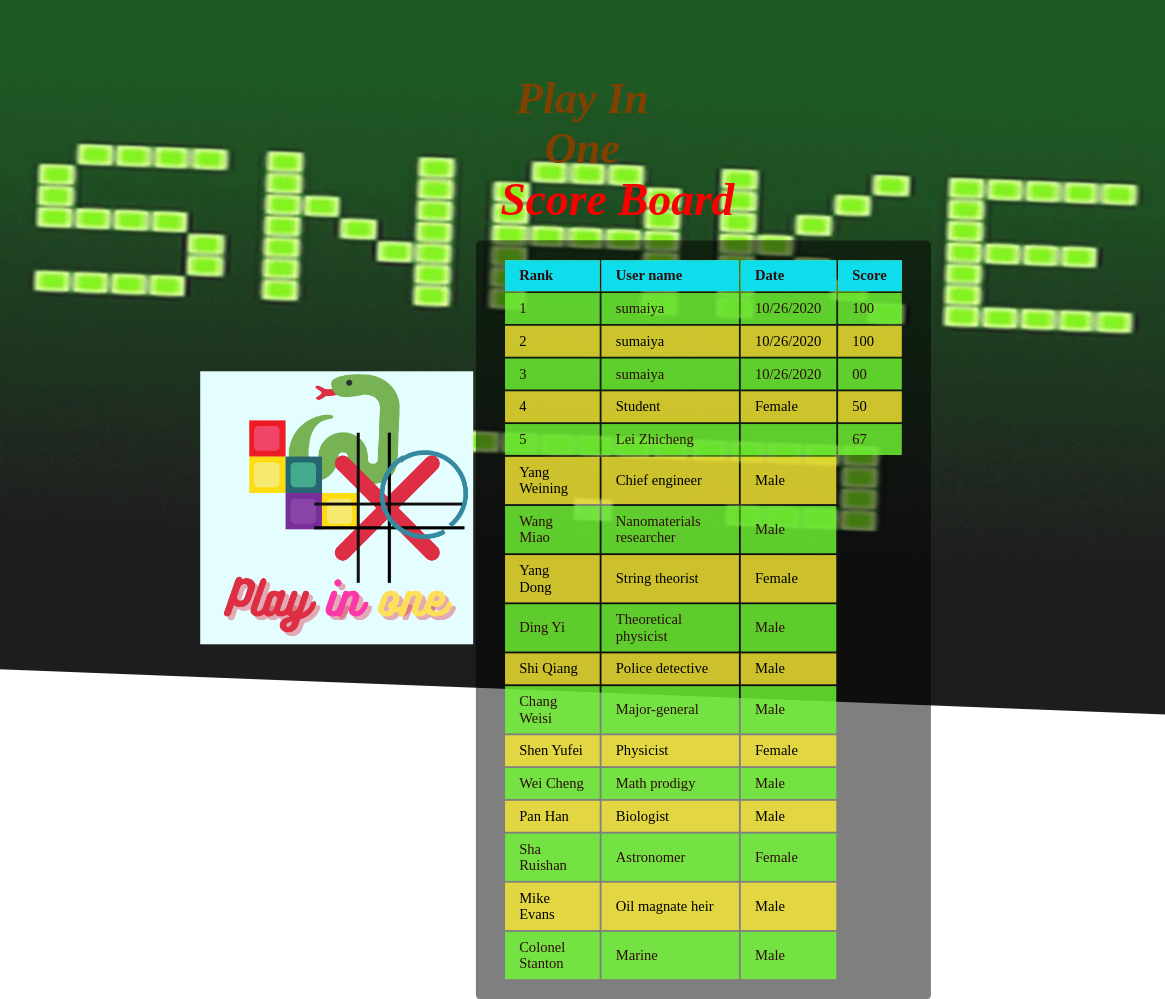
Repository: Syeda-Somiya-Tasnim/Game-Develepment-Project
Page: hs-snake.html
An editor plug-in stored every save of this project. The page is shown before and after a run of saves, followed by the edit.
The browser window is 1280 px wide. The pictures show the whole page, at 91% of full size.

Above is the page before, as saved 2020-10-26 13:04:32.

After the next 2 saves:
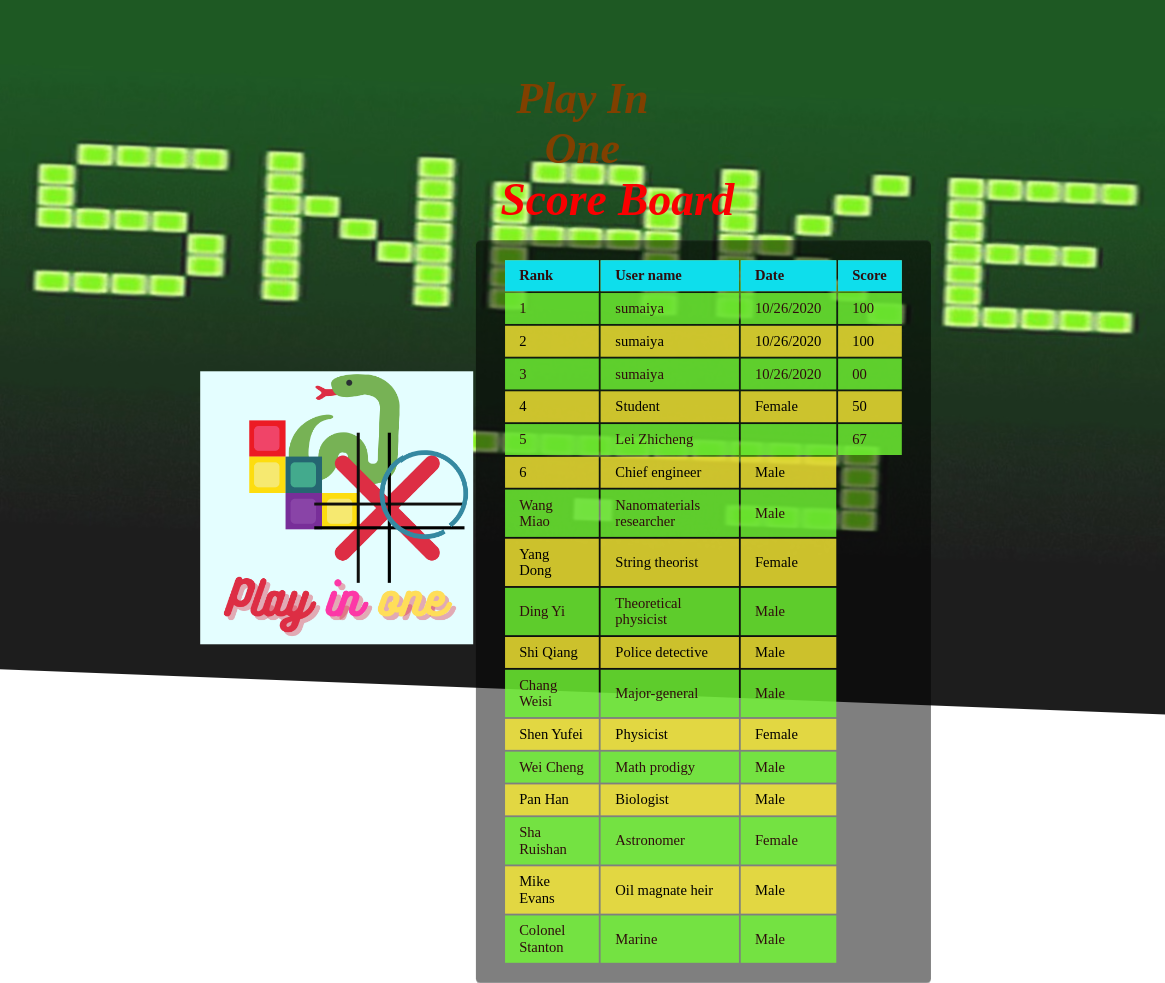
The 2 saves are shown as one change because they came seconds apart.
The last was saved 20 s later.
--- a/hs-snake.html
+++ b/hs-snake.html
@@ -74,7 +74,7 @@
           <td>67</td>
         </tr>
         <tr>
-          <td>Yang Weining</td>
+          <td>6</td>
           <td>Chief engineer</td>
           <td>Male</td>
         </tr>
